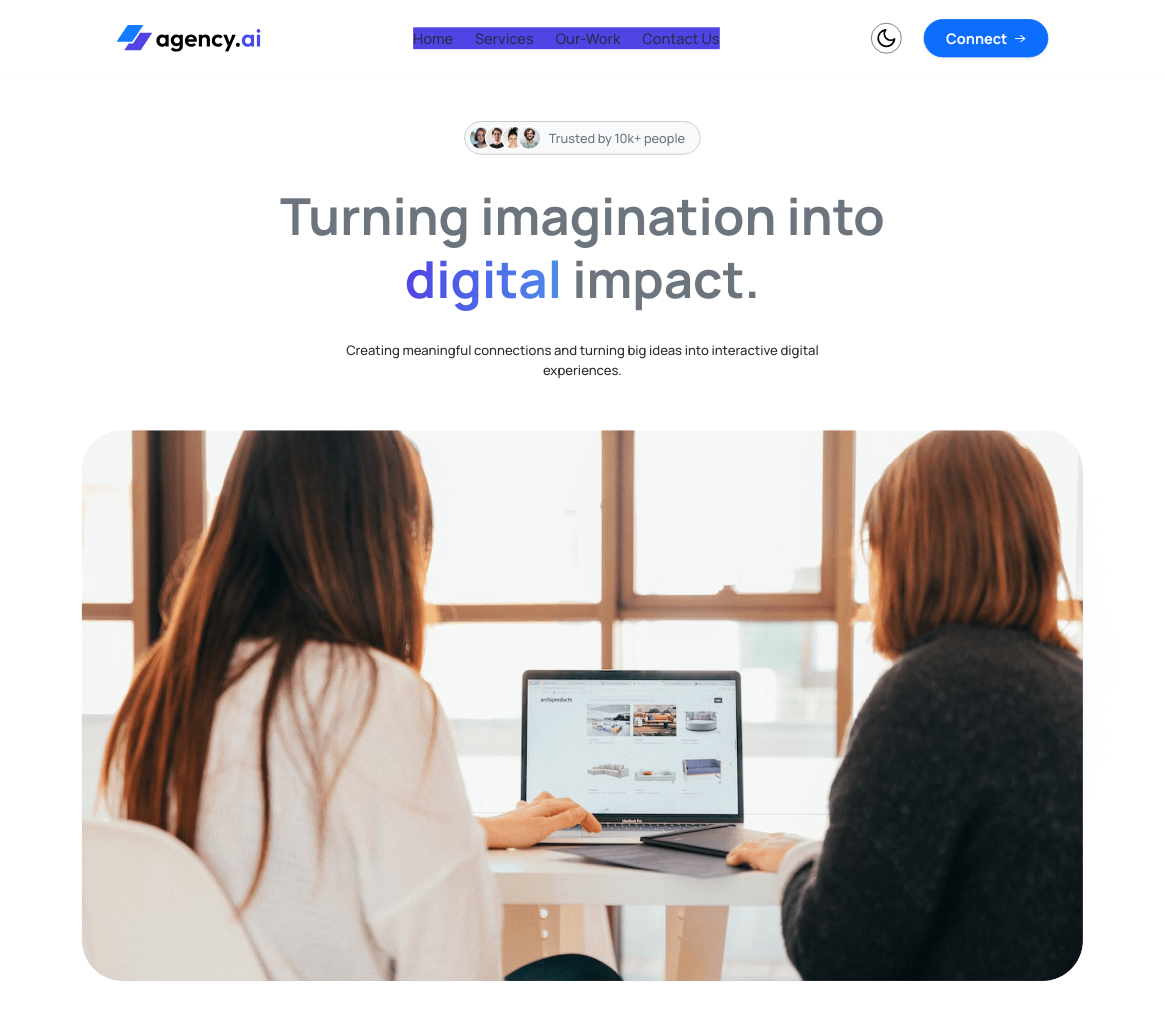
Repository: RAMADAN975/modern-agency-portfolio
Page: /
An editor plug-in stored every save of this project. The page is shown before and after the next save, followed by the edit.
The browser window is 1280 px wide. The pictures show the whole page, at 91% of full size.
The project was rebuilt for these pictures with package versions that can differ from the ones it lists, and the page was loaded fresh each time. Also part of the build but not shown: vite.config.js.

Above is the page before, as saved 2026-03-23 21:23:31.

After the next save:
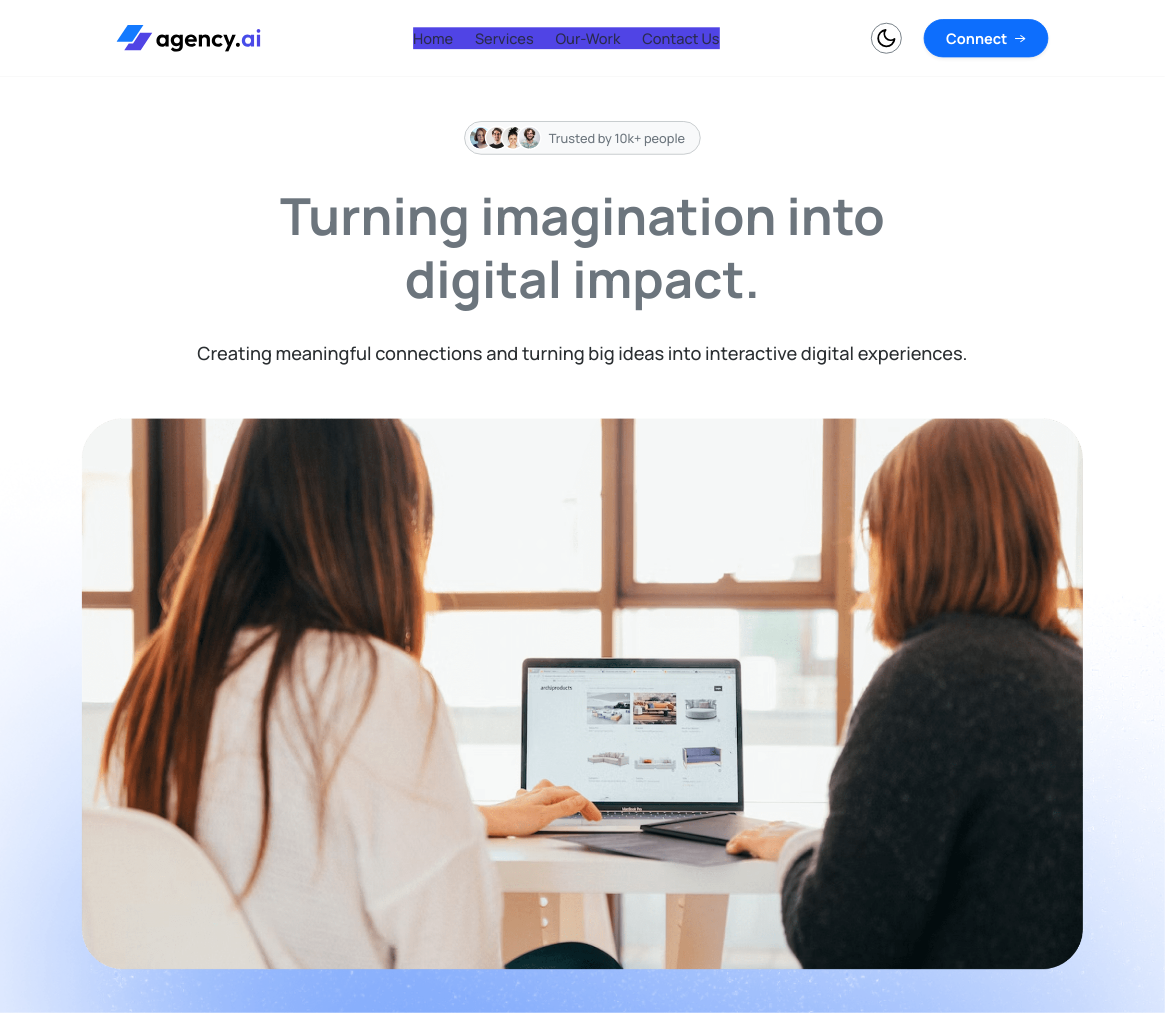
Saved 117 s later.
--- a/src/index.css
+++ b/src/index.css
@@ -90,48 +90,3 @@
     font-size: 1.2rem;
   }
 }
-
-/* تنسيق قسم الـ Hero الرئيسي */
-.hero-container {
-  position: relative;
-  /* ضروري لعمل الصورة كخلفية */
-  z-index: 1;
-}
-
-/* تنسيق الصورة (اللون الأزرق) لتظهر في الخلفية */
-.hero-bg-decor {
-  position: absolute;
-  /* تحديد مكانها في أعلى اليمين كما في الصورة */
-  top: 0;
-  right: 0;
-
-  /* جعلها خلف كل النصوص والصور */
-  z-index: -1;
-
-  /* التحكم في حجمها وشفافيتها */
-  width: 60%;
-  /* يمكنك تكبيرها أو تصغيرها حسب الرغبة */
-  max-width: 800px;
-  opacity: 0.7;
-  /* لجعلها ناعمة ولا تغطي على النص */
-
-  /* منع المستخدم من تحديد الصورة أو سحبها بالماوس */
-  pointer-events: none;
-  user-select: none;
-}
-
-/* تنسيق النص المتدرج */
-.text-gradient {
-  background: linear-gradient(to right, #5044E5, #4d8cea);
-  -webkit-background-clip: text;
-  -webkit-text-fill-color: transparent;
-  background-clip: text;
-  display: inline-block;
-}
-
-/* عرض الوصف ليطابق الصورة */
-.custom-max-w {
-  max-width: 600px;
-  font-size: 0.9rem;
-  color: #6c757d;
-}
